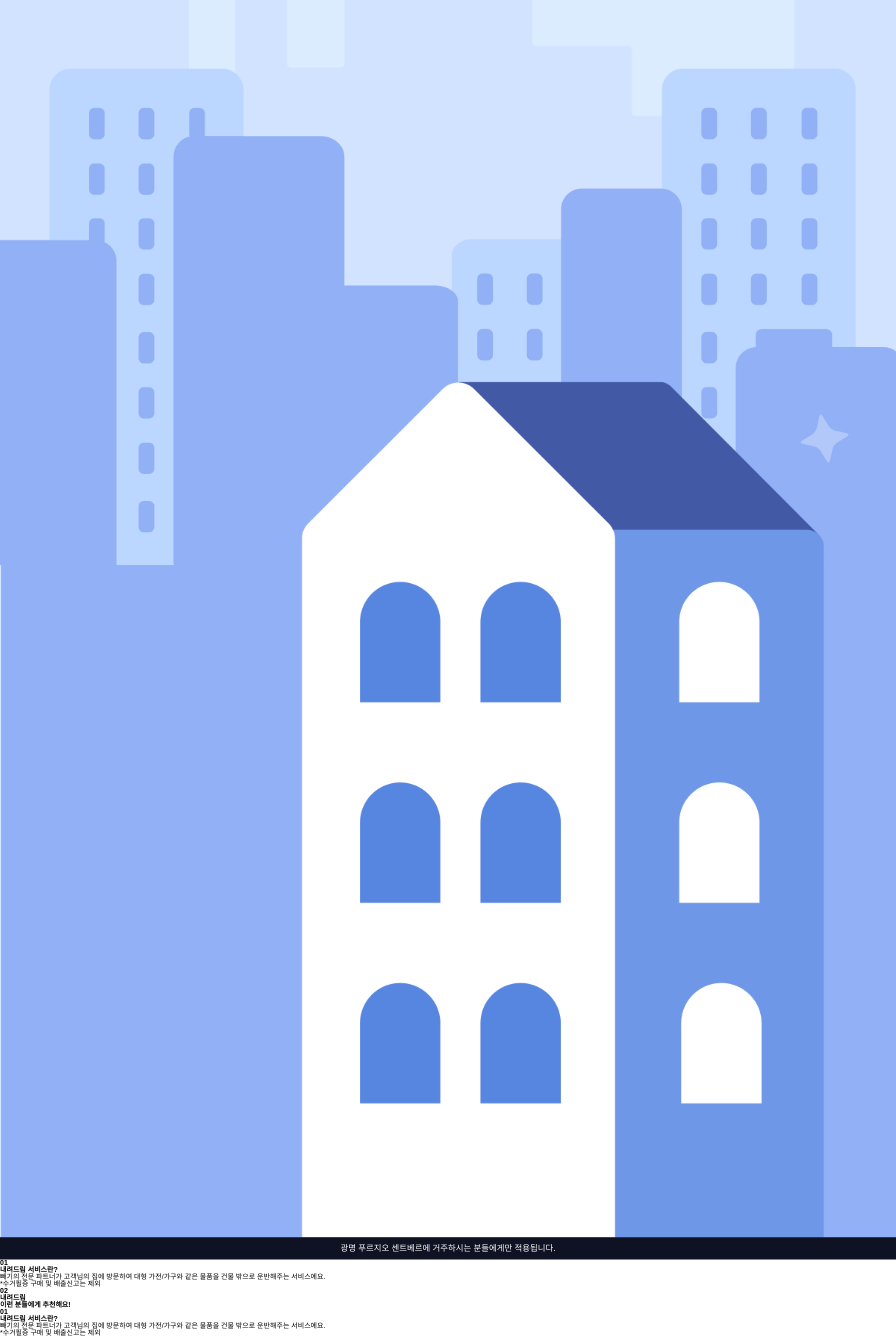
Repository: seraLeeDev/lgthinq-test
Page: index2.html
These files come from the project's save history. The page is drawn as it stood at one moment and after the next save; the edit follows.
The browser window is 1280 px wide. The pictures show the part of the page from y = 1675 to 3595 px (the page is 3585 px tall before and 3595 px after), at 70% of full size.
Some web fonts or font styles are not loaded; a fallback is used.

Above is the page before, as saved 2023-03-14 11:01:55.
Console error: ReferenceError: AOS is not defined

### index2.html
<!DOCTYPE html>
<html lang="ko">
  <head>
    <meta charset="UTF-8" />
    <meta http-equiv="X-UA-Compatible" content="IE=edge" />
    <meta name="viewport" content="width=device-width, initial-scale=1.0" />
    <title>빼기 | 새롭게 버리는 공식</title>
    <link as="style" rel="stylesheet" href="/css/reset.css" />
    <link as="style" rel="stylesheet" href="/css/font.css" />
    <link as="style" rel="stylesheet" href="/css/style.css" />
    <link href="https://unpkg.com/aos@2.3.1/dist/aos.css" rel="stylesheet" />
    <link
      rel="stylesheet"
      href="https://cdn.jsdelivr.net/gh/orioncactus/pretendard@v1.3.5/dist/web/static/pretendard-dynamic-subset.css"
    />
    <link
      rel="apple-touch-icon"
      sizes="57x57"
      href="/icons/apple-icon-57x57.png"
    />
    <link
      rel="apple-touch-icon"
      sizes="60x60"
      href="/icons/apple-icon-60x60.png"
    />
    <link
      rel="apple-touch-icon"
      sizes="72x72"
      href="/icons/apple-icon-72x72.png"
    />
    <link
      rel="apple-touch-icon"
      sizes="76x76"
      href="/icons/apple-icon-76x76.png"
    />
    <link
      rel="apple-touch-icon"
      sizes="114x114"
      href="/icons/apple-icon-114x114.png"
    />
    <link
      rel="apple-touch-icon"
      sizes="120x120"
      href="/icons/apple-icon-120x120.png"
    />
    <link
      rel="apple-touch-icon"
      sizes="144x144"
      href="/icons/apple-icon-144x144.png"
    />
    <link
      rel="apple-touch-icon"
      sizes="152x152"
      href="/icons/apple-icon-152x152.png"
    />
    <link
      rel="apple-touch-icon"
      sizes="180x180"
      href="/icons/apple-icon-180x180.png"
    />
    <link
      rel="icon"
      type="image/png"
      sizes="192x192"
      href="/icons/android-icon-192x192.png"
    />
    <link
      rel="icon"
      type="image/png"
      sizes="32x32"
      href="/icons/favicon-32x32.png"
    />
    <link
      rel="icon"
      type="image/png"
      sizes="96x96"
      href="/icons/favicon-96x96.png"
    />
    <link
      rel="icon"
      type="image/png"
      sizes="16x16"
      href="/icons/favicon-16x16.png"
    />
    <script type="text/javascript" src="/js/index.js"></script>
    <script src="https://unpkg.com/aos@2.3.1/dist/aos.js"></script>
  </head>
  <body>
    <div class="wrapper">
      <!-- 01 : 메인 -->
      <article class="article-box">
        <div class="full-img-box">
          <img src="./img/[LG ThinQ] main img.gif" alt="내려드림,할인드림" />
        </div>
        <div class="main-notice">
          <p>광명 푸르지오 센트베르에 거주하시는 분들에게만 적용됩니다.</p>
        </div>
      </article>
      <!-- 02 : ThinQ & 빼기 설명 -->
      <article></article>
      <!-- 03 : 내려드림 소개 -->
      <article>
        <!-- 03-1. 내려드림 서비스란? -->
        <section>
          <b>01</b>
          <h2>내려드림 서비스란?</h2>
          <p>
            빼기의 전문 파트너가 고객님의 집에 방문하여 대형 가전/가구와 같은
            물품을 건물 밖으로 운반해주는 서비스에요.
          </p>
          <small>*수거필증 구매 및 배출신고는 제외</small>
          <div></div>
        </section>
        <!-- 03-2. 내려드림 추천 -->
        <section>
          <b>02</b>
          <h2>
            <span>내려드림</span><br />
            이런 분들에게 추천해요!
          </h2>

          <div></div>
          <div></div>
          <div></div>
        </section>
        <!-- 03-3. 가격 설명 -->
        <section>
          <b>01</b>
          <h2>내려드림 서비스란?</h2>
          <p>
            빼기의 전문 파트너가 고객님의 집에 방문하여 대형 가전/가구와 같은
            물품을 건물 밖으로 운반해주는 서비스에요.
          </p>
          <small>*수거필증 구매 및 배출신고는 제외</small>
          <div></div>
        </section>
      </article>
      <!-- 04 : 자주묻는 질문-->
      <article></article>
      <!-- 플로팅 버튼 -->
      <div class="btn-float"></div>
      <footer></footer>
    </div>
  </body>
</html>

### css/font.css
@charset "UTF-8";

@font-face {
  font-family: "Pretendard";
  src: url("https://cdn.jsdelivr.net/gh/orioncactus/pretendard@v1.3.5/dist/web/static/pretendard-dynamic-subset.css");
}

@font-face {
  font-family: "HGSoftGGothicssi";
  font-style: normal;
  font-weight: 100;
  src: url(/font/HGSoftGGothicssi-00g.woff2) format("woff2"),
    url(/font/HGSoftGGothicssi-00g.woff) format("woff"),
    url(/font/HGSoftGGothicssi-00g.otf) format("opentype");
}

@font-face {
  font-family: "HGSoftGGothicssi";
  font-style: normal;
  font-weight: 200;
  src: url(/font/HGSoftGGothicssi-20g.woff2) format("woff2"),
    url(/font/HGSoftGGothicssi-20g.woff) format("woff"),
    url(/font/HGSoftGGothicssi-20g.otf) format("opentype");
}

@font-face {
  font-family: "HGSoftGGothicssi";
  font-style: normal;
  font-weight: 400;
  src: url(/font/HGSoftGGothicssi-40g.woff2) format("woff2"),
    url(/font/HGSoftGGothicssi-40g.woff) format("woff"),
    url(/font/HGSoftGGothicssi-40g.otf) format("opentype");
}

@font-face {
  font-family: "HGSoftGGothicssi";
  font-style: normal;
  font-weight: 600;
  src: url(/font/HGSoftGGothicssi-60g.woff2) format("woff2"),
    url(/font/HGSoftGGothicssi-60g.woff) format("woff"),
    url(/font/HGSoftGGothicssi-60g.otf) format("opentype");
}

@font-face {
  font-family: "HGSoftGGothicssi";
  font-style: normal;
  font-weight: 800;
  src: url(/font/HGSoftGGothicssi-80g.woff2) format("woff2"),
    url(/font/HGSoftGGothicssi-80g.woff) format("woff"),
    url(/font/HGSoftGGothicssi-80g.otf) format("opentype");
}

@font-face {
  font-family: "HGSoftGGothicssi";
  font-style: normal;
  font-weight: 900;
  src: url(/font/HGSoftGGothicssi-90g.woff2) format("woff2"),
    url(/font/HGSoftGGothicssi-90g.woff) format("woff"),
    url(/font/HGSoftGGothicssi-90g.otf) format("opentype");
}

### css/style.css
@charset "UTF-8";
/* typo style */
html,
body,
.wrapper {
  font-family: "Pretendard", sans-serif !important;
  font-size: 10px; /*1rem: 10px*/
}
.wrapper .GGothic {
  font-family: "HGSoftGGothicssi", sans-serif !important;
}

.font-semiBold {
  font-weight: 600 !important;
}

.font-bold {
  font-weight: 800 !important;
}

.font-extraBold {
  font-weight: 900 !important;
}

/* Box style */
.full-img-box {
  width: 100%;
}
.full-img-box img {
  width: 100%;
  vertical-align: bottom;
}

/* article 1 style */
.main-notice {
  width: 100%;
  padding: 10px 0;
  background: #0e1222;
}

.main-notice p {
  width: 100%;
  text-align: center;
  font-size: 1.2rem;
  color: #fff;
}
/* article 2 style */
/* article 3 style */
/* article 4 style */
/* article 5 style */

Loaded but not shown: css/reset.css (common file); js/index.js (common file)

After the next save:
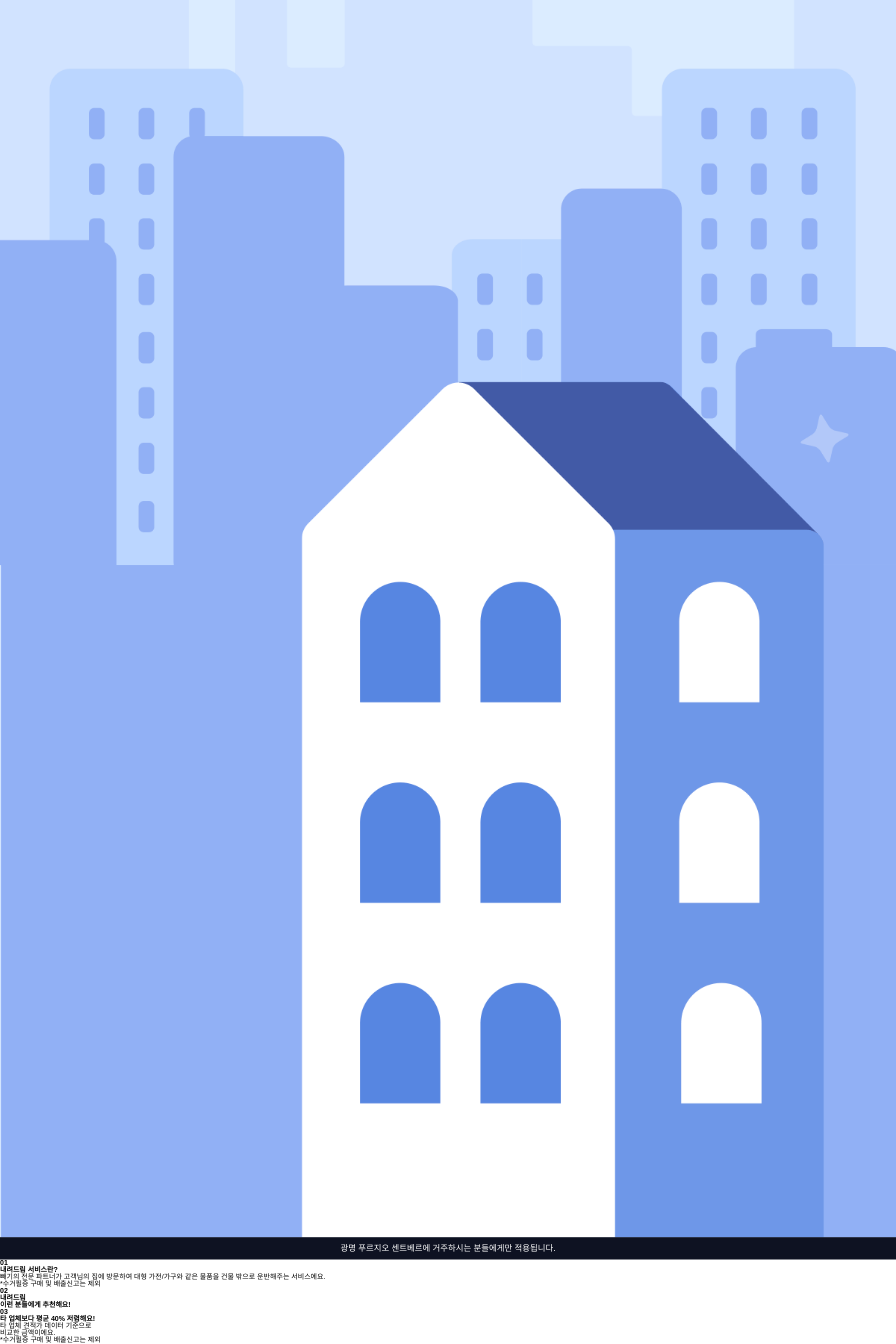
Saved 22 s later.
--- a/index2.html
+++ b/index2.html
@@ -125,11 +125,11 @@
         </section>
         <!-- 03-3. 가격 설명 -->
         <section>
-          <b>01</b>
-          <h2>내려드림 서비스란?</h2>
+          <b>03</b>
+          <h2>타 업체보다 평균 40% 저렴해요!</h2>
           <p>
-            빼기의 전문 파트너가 고객님의 집에 방문하여 대형 가전/가구와 같은
-            물품을 건물 밖으로 운반해주는 서비스에요.
+            타 업체 견적가 데이터 기준으로<br />
+            비교한 금액이에요.
           </p>
           <small>*수거필증 구매 및 배출신고는 제외</small>
           <div></div>
